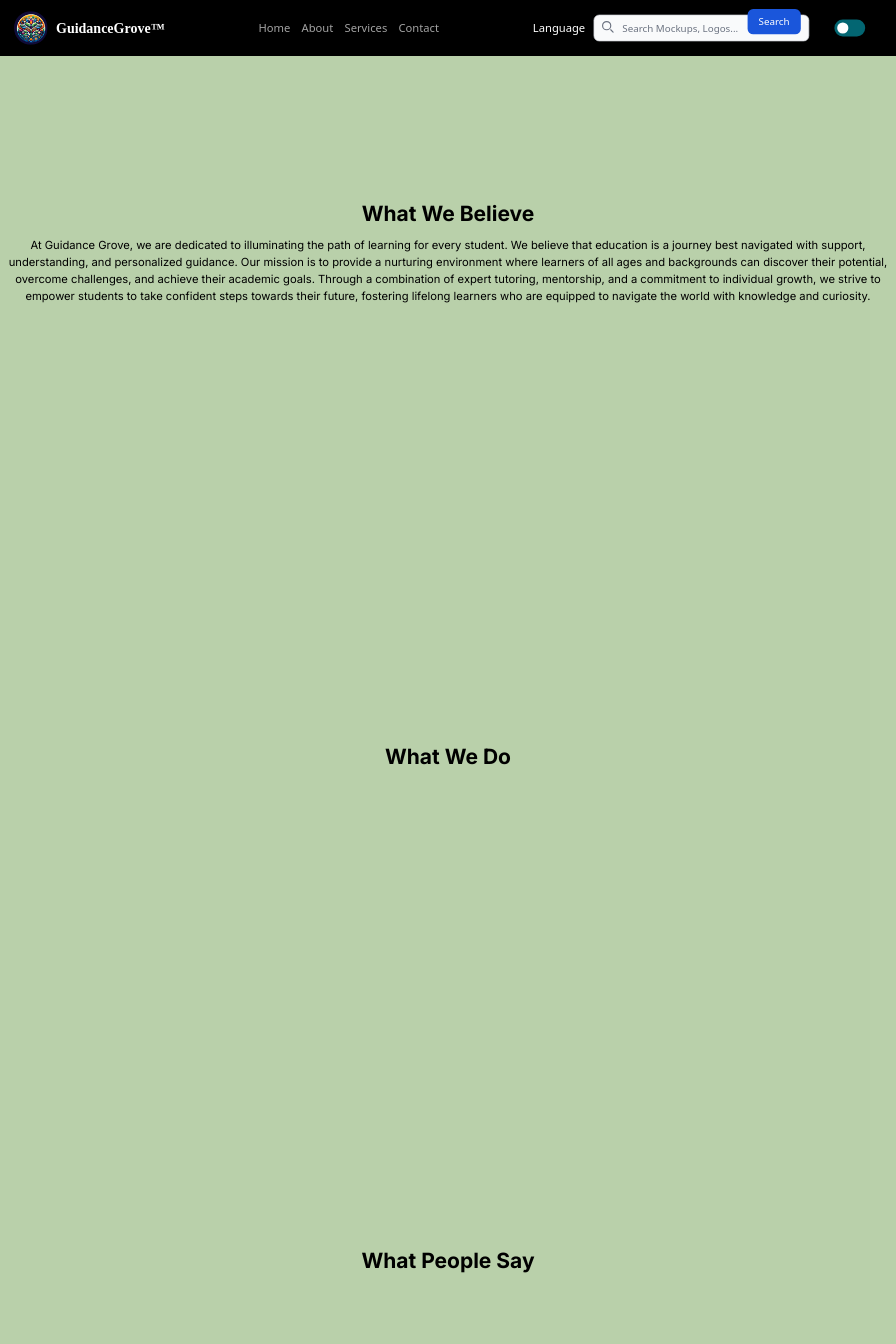
Repository: PositiveGuy/GuidanceGrove
Page: /
An editor plug-in stored every save of this project. The page is shown before and after the next save, followed by the edit.
The browser window is 1280 px wide. The pictures show the part of the page from y = 0 to 1920 px (the page is 3874 px tall), at 70% of full size.
The project was rebuilt for these pictures with package versions that can differ from the ones it lists, and the page was loaded fresh each time. The framework's server and built-in components were replaced by stand-ins that run in the browser. Also part of the build but not shown: next.config.js.

Above is the page before, as saved 2023-12-28 14:44:34.

### src/app/layout.tsx
import React from 'react';
import Header from '../components/header';
import Footer from '../components/footer';
import { Inter } from 'next/font/google';
import './globals.css';
import { ThemeContextProvider } from '@/context/ThemeContext';
import ThemeProvider from '@/providers/ThemeProvider';
import ThemeWrapper from '@/components/ThemeWrapper';

//font
const inter = Inter({ subsets: ['latin'] });



//header and footer layout
const RootLayout = ({ children }: { children: React.ReactNode }) => {
  return (
    <html lang='en'>
      <body>
        <ThemeContextProvider>
          <ThemeProvider>
            <Header />
            <ThemeWrapper>
              <main className={inter.className}>{children}</main>
            </ThemeWrapper>
            <Footer />
          </ThemeProvider>
        </ThemeContextProvider>
      </body>
    </html>
  );
};

export default RootLayout;

### src/app/page.tsx
import React from 'react';
//components import
import BelieveSection from '../components/BelieveSection';
import ServicesSection from '../components/ServicesSection';
import TestimonialsSection from '../components/TestimonialsSection';
import CallToActionSection from '../components/CallToActionSection';
import ContactSection from '../components/ContactSection';


//page layout
const Page = () => {
  return (
    <>
      <BelieveSection />
      <ServicesSection />
      <TestimonialsSection />
      <CallToActionSection />
      <ContactSection />
    </>
  );
};

export default Page;

### src/components/header.tsx
"use client"
import { useState } from "react";
import MobileNavigation from "./MobileNavigation";
import ThemeToggle from "./ThemeToggle";
import SearchBar from "./SearchBar";


const Header = () => {

  return (
    <>
      <nav className="hidden fixed z-50 w-full h-20 md:flex justify-between items-center p-5 bg-black">
        {/* Left Side: Logo and GuidanceGrove™ */}
        <div className="flex items-center space-x-3">
          <img src="/Logo/guidance-grove-logo.png" alt="Guidance Grove Logo" className="h-12 w-12 rounded-full" />
          <div className="text-xl font-caveat font-bold text-white">
            GuidanceGrove™
          </div>
        </div>

        {/* Center: Navigation Links */}
        <div>
          <ul className="flex space-x-4">
            <li><a href="/" className="text-neutral-400 hover:text-white">Home</a></li>
            <li><a href="/about" className="text-neutral-400 hover:text-white">About</a></li>
            <li><a href="/services" className="text-neutral-400 hover:text-white">Services</a></li>
            <li><a href="/contact" className="text-neutral-400 hover:text-white">Contact</a></li>
          </ul>
        </div>

        {/* Right Side: Placeholders for Language, Search, and Dark Mode Toggle */}
        <div className="flex items-center space-x-3">
          <div className="text-white">Language</div>
          <SearchBar />
          <ThemeToggle />
        </div>
      </nav>

      {/*Mobile Navbar*/}

      <MobileNavigation />


    </>
  );
};

export default Header;

### src/components/footer.tsx
import Image from "next/image";

const Footer = () => {
  return (
    <footer className="p-5 bg-black shadow-inner text-center">
      <div className="flex justify-center space-x-8 mt-10">
        {/* Placeholder for social icons */}
        <Image src={"/SVGs/ig.svg"} width={50} height={50} alt="ig"></Image>
        <Image src={"/SVGs/fb.svg"} width={50} height={50} alt="fb"></Image>
        <Image src={"/SVGs/tw.svg"} width={50} height={50} alt="tw"></Image>
        <Image src={"/SVGs/wa.svg"} width={50} height={50} alt="wa"></Image>
        <Image src={"/SVGs/yt.svg"} width={50} height={50} alt="in"></Image>
      </div>

      <div className="flex justify-center space-x-1 mb-10 text-teal-50">
        <div className="mt-20">
          ©2023; designed with love and care by
        </div>
        <div className="mt-20 font-caveat">
          GuidanceGrove™
        </div>
      </div>
    </footer>
  );
};
//make GuidanceGrove in font Caveat
export default Footer;

### src/app/globals.css
@tailwind base;
@tailwind components;
@tailwind utilities;

:root {
  --foreground-rgb: 0, 0, 0;
  --background-start-rgb: 214, 219, 220;
  --background-end-rgb: 255, 255, 255;
}

@media (prefers-color-scheme: dark) {
  :root {
    --foreground-rgb: 255, 255, 255;
    --background-start-rgb: 0, 0, 0;
    --background-end-rgb: 0, 0, 0;
  }
}

body {
  color: rgb(var(--foreground-rgb));
  background: linear-gradient(
      to bottom,
      transparent,
      rgb(var(--background-end-rgb))
    )
    rgb(var(--background-start-rgb));
}

.custom-shadow {
    box-shadow: 0 2px 4px rgba(0, 0, 0, 0.2);
}

### src/context/ThemeContext.tsx
"use client"
import { createContext, useState, ReactNode, useEffect } from "react"

interface ChildrenProps {
    children: ReactNode
}

interface ThemeContextType {
    theme: string
    toggle: () => void
}

// This component is responsible to registering and remembering what theme was chosen by the user
// we use local storage for that
export const ThemeContext = createContext<ThemeContextType>({
    theme: "light",
    toggle: () => { },
})

function getFromLocalStorage() {
    if (typeof window === "undefined") {
        return "light";
    }
    const storedTheme = localStorage.getItem("theme");
    console.log("Initial theme from localStorage:", storedTheme); // Debug log
    return storedTheme || "light";
}


export const ThemeContextProvider = ({ children }: ChildrenProps) => {
    const [theme, setTheme] = useState<string>(getFromLocalStorage)

    // since next.js uses server side rendering, we must specify if the transition to client is completed
    const toggle = () => {
        setTheme(prevTheme => prevTheme === "light" ? "dark" : "light");
    };



    useEffect(() => {
        console.log("Updating theme in localStorage to:", theme); // Debug log
        localStorage.setItem("theme", theme);
    }, [theme]);



    return <ThemeContext.Provider value={{ theme, toggle }}>{children}</ThemeContext.Provider>
}

### src/providers/ThemeProvider.tsx
"use client"

import { ThemeContext } from "@/context/ThemeContext"
import { useState, useEffect, useContext, ReactNode } from "react"


interface ChildrenProps {
    children: ReactNode
}

// this component is created to keep the layout/page as server side rendered.
// useContext() requires you to have "use client"

export default function ThemeProvider({ children }: ChildrenProps) {
    const { theme } = useContext(ThemeContext)
    const [mounted, setMounted] = useState(false)

    useEffect(() => {
        setMounted(true)
    }, [])

    if (mounted) {
        return <div className={theme}>{children}</div>
    }
    return <div className={theme}>{children}</div>
}

### src/components/ThemeWrapper.tsx
"use client"
import React, { useContext } from 'react';
import { ThemeContext } from '@/context/ThemeContext';

const ThemeWrapper = ({ children }: { children: React.ReactNode }) => {
    const { theme } = useContext(ThemeContext);

    return (
        <div className={`${theme === "light" ? " bg-sage text-black" : "bg-gray-700 text-slate-400"}`}>
            {children}
        </div>
    );
};

export default ThemeWrapper;

### src/components/BelieveSection.tsx
"use client"
import { ThemeContext } from "@/context/ThemeContext";
import { useContext } from "react";

const BelieveSection = () => {
  const { theme } = useContext(ThemeContext)
  return (
    <div id="believe" className={`h-screen flex items-center justify-center`}>
      <div className="text-center">
        <h2 className="text-3xl font-bold">What We Believe</h2>
        <p className="mt-4">At Guidance Grove, we are dedicated to illuminating the path of learning for every student.
          We believe that education is a journey best navigated with support, understanding, and personalized guidance.
          Our mission is to provide a nurturing environment where learners of all ages and backgrounds
          can discover their potential, overcome challenges, and achieve their academic goals.
          Through a combination of expert tutoring, mentorship, and a commitment to individual growth,
          we strive to empower students to take confident steps towards their future,
          fostering lifelong learners who are equipped to navigate the world with knowledge and curiosity.</p>
      </div>
    </div>
  );
};

export default BelieveSection;

### src/components/ServicesSection.tsx
"use client"
import { ThemeContext } from "@/context/ThemeContext";
import { useContext } from "react";

const ServicesSection = () => {
  const { theme } = useContext(ThemeContext)
  return (
    <div id="services" className={`h-screen flex items-center justify-center  `}>
      <div className="text-center">
        <h2 className="text-3xl font-bold">What We Do</h2>
        {/* Add service details here */}
      </div>
    </div>
  );
};

export default ServicesSection;

### src/components/TestimonialsSection.tsx
"use client"
import { ThemeContext } from "@/context/ThemeContext";
import { useContext } from "react";

const TestimonialsSection = () => {
  const { theme } = useContext(ThemeContext)
  return (
    <div id="testimonials" className={`h-screen flex items-center justify-center   `}>
      <div className="text-center">
        <h2 className="text-3xl font-bold">What People Say</h2>
        {/* Add testimonials here */}
      </div>
    </div>
  );
};

export default TestimonialsSection;

### src/components/CallToActionSection.tsx
"use client"
import { ThemeContext } from "@/context/ThemeContext";
import { useContext } from "react";

const CallToActionSection = () => {
  const { theme } = useContext(ThemeContext)
  return (
    <div id="cta" className={`h-screen flex items-center justify-center  `}>
      <div className="container mx-auto px-4 sm:px-6 lg:px-8">
        <div className="flex flex-wrap -mx-4 items-center">
          <div className="text-left lg:w-1/2 px-4 mb-4 lg:mb-0">
            <h2 className="text-5xl font-bold">Payments tool for software companies</h2>
            <p className="mt-2 text-lg">From checkout to global sales tax compliance, companies around the world use Flowbite to simplify their payment stack.</p>
            <button className="mt-4 bg-blue-500 text-white py-2 px-4 rounded hover:bg-blue-700">
              Get started ➤
            </button>
          </div>
          <div className="lg:w-1/2 px-4 flex justify-center lg:justify-end">
            <img src="DALLE/career.png" alt="Software Payment Tool" className="object-contain lg:object-cover h-80 w-full lg:w-auto rounded-lg shadow-lg" />
          </div>
        </div>
      </div>
    </div>
  );
};

export default CallToActionSection;

### src/components/ContactSection.tsx
"use client"
import { ThemeContext } from "@/context/ThemeContext";
import { useContext } from "react";

const ContactSection = () => {
  const { theme } = useContext(ThemeContext)
  return (
    <div id="contact" className={`h-screen flex items-center justify-center  `}>
      <div className="text-center">
        <h2 className="text-3xl font-bold">Contact Us</h2>
        {/* Add contact form or information here */}
      </div>
    </div>
  );
};

export default ContactSection;

### src/components/MobileNavigation.tsx
import { Navbar } from 'flowbite-react';
import Link from 'next/link';
import { useState } from 'react';
import ThemeToggle from './ThemeToggle';

export default function MobileNavigation() {


    return (
        <Navbar className='md:hidden fixed flex z-50 w-full h-20 justify-between items-center p-5 bg-black'       >

            <div className="flex items-center space-x-3">
                <img src="/Logo/guidance-grove-logo.png" alt="Guidance Grove Logo" className="h-12 w-12 rounded-full" />

            </div>
            {/* Right Side: Placeholders for Language, Search, and Dark Mode Toggle */}
            <div className="flex items-center space-x-3">
                <div className="text-white">Language</div>
                <div className="text-white">Search</div>
                <ThemeToggle />
            </div>
            <Navbar.Toggle className='bg-black' />
            <Navbar.Collapse className='bg-white absolute top-[5rem]'>
                <Navbar.Link href="#">Home</Navbar.Link>
                <Navbar.Link href="#">Search</Navbar.Link>
                <Navbar.Link href="#">About</Navbar.Link>
                <Navbar.Link href="#">Service</Navbar.Link>
                <Navbar.Link href="#">Contact</Navbar.Link>
                <Navbar.Link href="#">Language</Navbar.Link>
            </Navbar.Collapse>
        </Navbar>
    );
}

### src/components/ThemeToggle.tsx
"use client"
import { useContext } from 'react'
import { Switch } from '@headlessui/react'
import { ThemeContext } from '@/context/ThemeContext'

export default function Example() {
    const { toggle, theme } = useContext(ThemeContext)

    // Determine if the switch should be on or off based on the current theme
    const isDarkMode = theme === 'dark'

    return (
        <div className="flex items-center justify-center p-6"> {/* Adjusted for centering */}
            <Switch
                checked={isDarkMode}
                onChange={toggle} // Use the toggle function from context
                className={`${isDarkMode ? 'bg-teal-900' : 'bg-teal-700'}
                    relative inline-flex items-center h-6 rounded-full w-11 transition-colors focus:outline-none`}
            >
                <span className="sr-only">Toggle theme</span>
                <span
                    aria-hidden="true"
                    className={`${isDarkMode ? 'translate-x-6' : 'translate-x-1'}
                        inline-block w-4 h-4 transform bg-white rounded-full transition-transform`}
                />
            </Switch>
        </div>
    )
}

### src/components/SearchBar.tsx
export default function SearchBar() {
    return (
        <form className="flex items-center">
            <label htmlFor="default-search" className="mb-2 text-sm font-medium text-gray-900 sr-only dark:text-white">Search</label>
            <div className="relative flex items-center w-full">
                {/* SVG Icon */}
                <svg className="w-5 h-5 text-gray-500 dark:text-gray-400 absolute left-3" xmlns="http://www.w3.org/2000/svg" fill="none" viewBox="0 0 24 24" stroke="currentColor">
                    <path strokeLinecap="round" strokeLinejoin="round" strokeWidth={2} d="M19 19l-4-4m0-7A7 7 0 1 1 1 8a7 7 0 0 1 14 0z" />
                </svg>

                {/* Input Field */}
                <input
                    type="search"
                    id="default-search"
                    className="block w-full pl-10 pr-16 py-2 text-sm text-gray-900 border border-gray-300 rounded-lg bg-gray-50 focus:ring-blue-500 focus:border-blue-500 dark:bg-gray-700 dark:border-gray-600 dark:placeholder-gray-400 dark:text-white dark:focus:ring-blue-500 dark:focus:border-blue-500"
                    placeholder="Search Mockups, Logos..."
                    required
                />

                {/* Search Button */}
                <button type="submit" className="text-white absolute right-3 bottom-2.5 bg-blue-700 hover:bg-blue-800 focus:ring-4 focus:outline-none focus:ring-blue-300 font-medium rounded-lg text-sm px-4 py-2 dark:bg-blue-600 dark:hover:bg-blue-700 dark:focus:ring-blue-800">Search</button>
            </div>
        </form>
    );
}

### tailwind.config.ts
import type { Config } from 'tailwindcss'

const config: Config = {
  content: [
    "./node_modules/flowbite-react/lib/**/*.js",
    './src/pages/**/*.{js,ts,jsx,tsx,mdx}',
    './src/components/**/*.{js,ts,jsx,tsx,mdx}',
    './src/app/**/*.{js,ts,jsx,tsx,mdx}',
  ],
  theme: {
    extend: {
      backgroundImage: {
        'gradient-radial': 'radial-gradient(var(--tw-gradient-stops))',
        'gradient-conic':
          'conic-gradient(from 180deg at 50% 50%, var(--tw-gradient-stops))',

      },
      colors: {
        sage: '#B9D0AA',
      },

      fontFamily: {
        caveat: ['Caveat', 'cursive'],
      },

    },

  },
  plugins: [
    require("flowbite/plugin")
  ],
}
export default config

After the next save:
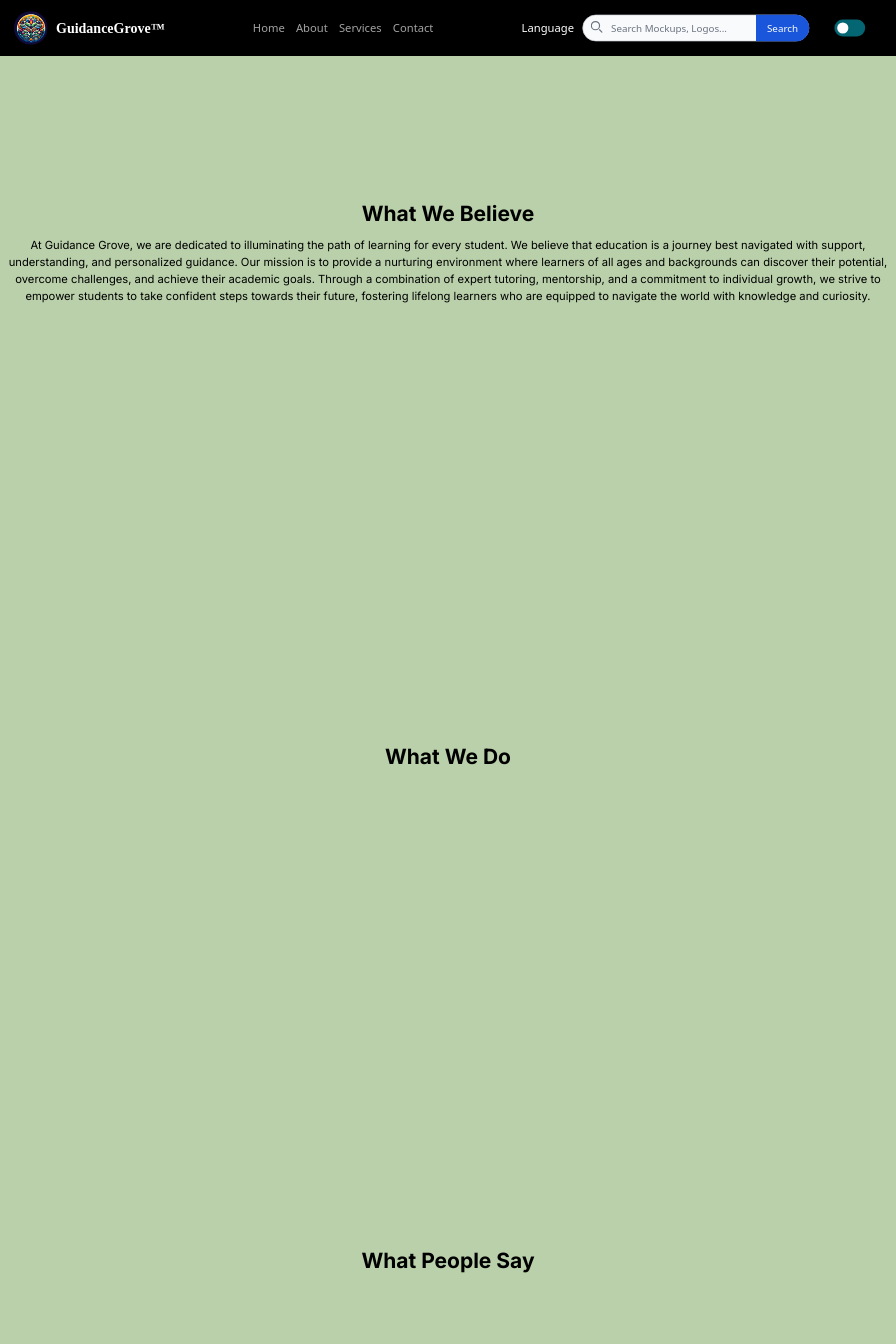
Saved 3 min 2 s later.
--- a/src/components/SearchBar.tsx
+++ b/src/components/SearchBar.tsx
@@ -1,24 +1,25 @@
 export default function SearchBar() {
     return (
         <form className="flex items-center">
-            <label htmlFor="default-search" className="mb-2 text-sm font-medium text-gray-900 sr-only dark:text-white">Search</label>
-            <div className="relative flex items-center w-full">
-                {/* SVG Icon */}
-                <svg className="w-5 h-5 text-gray-500 dark:text-gray-400 absolute left-3" xmlns="http://www.w3.org/2000/svg" fill="none" viewBox="0 0 24 24" stroke="currentColor">
-                    <path strokeLinecap="round" strokeLinejoin="round" strokeWidth={2} d="M19 19l-4-4m0-7A7 7 0 1 1 1 8a7 7 0 0 1 14 0z" />
-                </svg>
+            <div className="relative w-full">
+                {/* Search Icon */}
+                <div className="absolute inset-y-0 left-0 flex items-center pl-3">
+                    <svg className="w-5 h-5 text-gray-500 dark:text-gray-400" xmlns="http://www.w3.org/2000/svg" fill="none" viewBox="0 0 24 24" stroke="currentColor">
+                        <path strokeLinecap="round" strokeLinejoin="round" strokeWidth={2} d="M19 19l-4-4m0-7A7 7 0 1 1 1 8a7 7 0 0 1 14 0z" />
+                    </svg>
+                </div>
 
                 {/* Input Field */}
                 <input
                     type="search"
                     id="default-search"
-                    className="block w-full pl-10 pr-16 py-2 text-sm text-gray-900 border border-gray-300 rounded-lg bg-gray-50 focus:ring-blue-500 focus:border-blue-500 dark:bg-gray-700 dark:border-gray-600 dark:placeholder-gray-400 dark:text-white dark:focus:ring-blue-500 dark:focus:border-blue-500"
+                    className="block w-full pl-10 pr-20 text-sm text-gray-900 border border-gray-300 rounded-full bg-gray-50 focus:ring-blue-500 focus:border-blue-500 dark:bg-gray-700 dark:border-gray-600 dark:placeholder-gray-400 dark:text-white dark:focus:ring-blue-500 dark:focus:border-blue-500"
                     placeholder="Search Mockups, Logos..."
                     required
                 />
 
                 {/* Search Button */}
-                <button type="submit" className="text-white absolute right-3 bottom-2.5 bg-blue-700 hover:bg-blue-800 focus:ring-4 focus:outline-none focus:ring-blue-300 font-medium rounded-lg text-sm px-4 py-2 dark:bg-blue-600 dark:hover:bg-blue-700 dark:focus:ring-blue-800">Search</button>
+                <button type="submit" className="text-white absolute right-0 top-0 bottom-0 bg-blue-700 hover:bg-blue-800 focus:ring-4 focus:outline-none focus:ring-blue-300 font-medium rounded-r-full text-sm px-4 py-2 dark:bg-blue-600 dark:hover:bg-blue-700 dark:focus:ring-blue-800">Search</button>
             </div>
         </form>
     );
